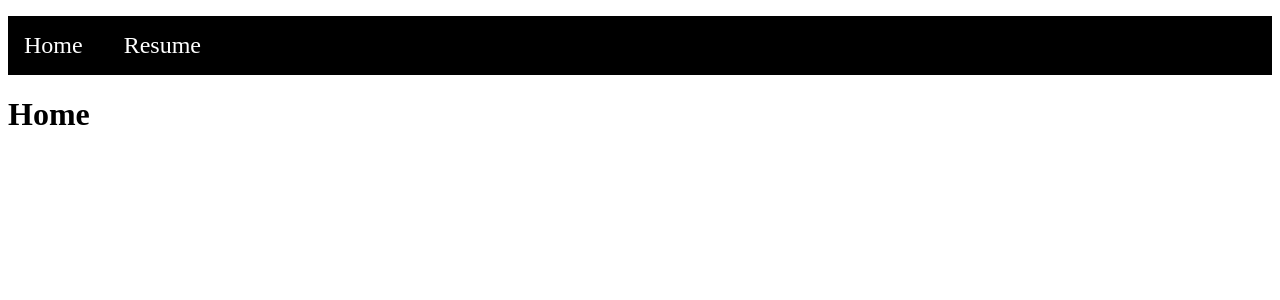
Repository: jakemj/jakemj.github.io
Page: resume.html
The author's editor kept a record of every edit. The page is drawn from the files as they stood at one moment, then again after the next edit.
The browser window is 1280 px wide. The pictures show the whole page.

Above is the page before.

### resume.html
<!DOCTYPE html>
<html>
    <head>
    <title>Home</title>
    <style>

        .navbar{
            list-style: none;
            background-color: black;
            overflow: hidden;
            padding: 0;
        }

        .navbar a, dropdown div{
            text-decoration: none;
            color: white;
            font-size: 24px;
            padding: 16px;
            display:inline-block;
        }
        .navbar li{
            float: left;
        }

        .navbar li:hover{
            background-color: pink;
        }

        .dropdown-content{
            list-style: none;
            padding: 0;
            display: none;
            position: absolute;
            z-index: 1;
            background-color: black;
        }

        .dropdown-content li{
            float: none;
        }

        .dropdown:hover .dropdown-content{
            display: block;
        }

    </style>
    </head>
    <body>
      <ul class="navbar">
        <li><a href="/index.html">Home</a></li>
        <li class="active"><<a href="resume.html">Resume</a></li>
        <li class = "dropdown">
            <div>More Links</div>
            <ul class="dropdown-content">
            <li><a href="#">Project 1</a></li>
            <li><a href="#">Project 2</a></li>
            <li><a href="#">Project 3</a></li>
        </ul>



    </li>

    </ul>
    <h1>Home</h1>

    </body>
</html>

After the next edit:
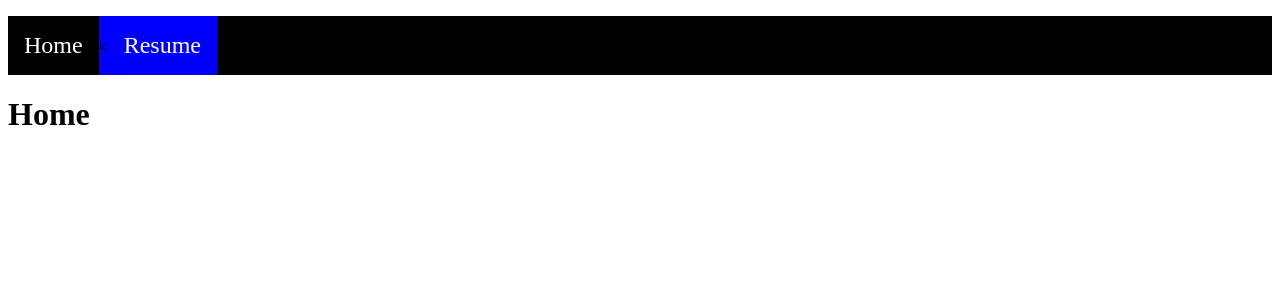
The edit:
--- a/resume.html
+++ b/resume.html
@@ -43,6 +43,9 @@
             display: block;
         }
 
+        .active{
+            background-color: blue;
+        }
     </style>
     </head>
     <body>
